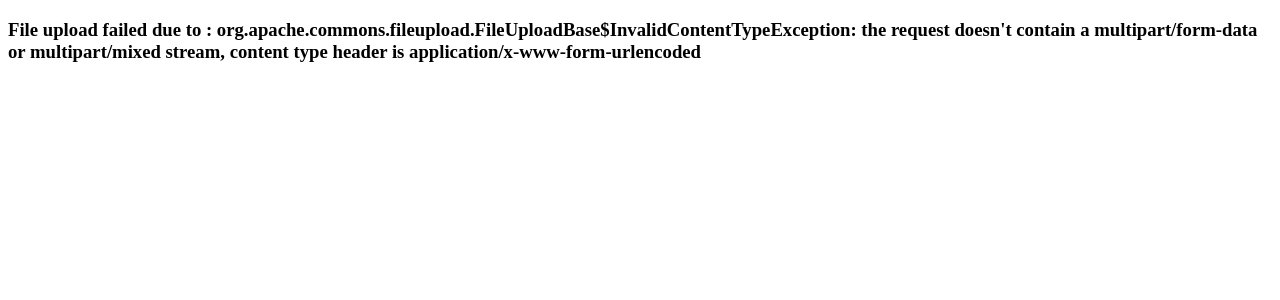
Repository: UnforgivenZZZ/bulldog
Page: http://localhost/bulldog/upload
An editor plug-in stored every save of this project. The page is shown before and after the next save, followed by the edit.
The browser window is 1280 px wide. The pictures show the whole page.
The page is served by Tomcat 9.

Above is the page before, as saved 2017-07-18 22:27:54.

After the next save:
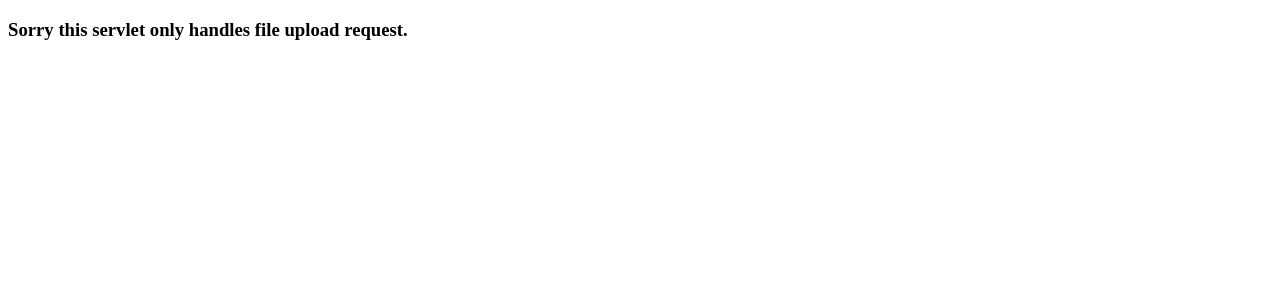
Saved 52 s later.
--- a/bulldog/src/com/admin/server/upload.java
+++ b/bulldog/src/com/admin/server/upload.java
@@ -53,42 +53,44 @@
 		// TODO Auto-generated method stub
 		// compare type
 
+		if(ServletFileUpload.isMultipartContent(request))
+		{
 			try
 			{
 				System.out.println(request.getParameter("user"));
-//				List<Part> fileParts = request.getParts().stream().filter(part -> "file".equals(part.getName())).collect(Collectors.toList()); // Retrieves <input type="file" name="file" multiple="true">
-//				File uploads = new File(UPLOAD_DIRECTORY);
-//			    for (Part filePart : fileParts) {
-//			        String fileName = Paths.get(filePart.getSubmittedFileName()).getFileName().toString(); // MSIE fix.
-//			        File file = new File(uploads, fileName);
+				List<Part> fileParts = request.getParts().stream().filter(part -> "file".equals(part.getName())).collect(Collectors.toList()); // Retrieves <input type="file" name="file" multiple="true">
+				File uploads = new File(UPLOAD_DIRECTORY);
+			    for (Part filePart : fileParts) {
+			        String fileName = Paths.get(filePart.getSubmittedFileName()).getFileName().toString(); // MSIE fix.
+			        File file = new File(uploads, fileName);
+
+			        InputStream fileContent = filePart.getInputStream();
+			        Files.copy(fileContent, file.toPath());
+			    }
+//				List<FileItem> multiparts = new ServletFileUpload(new DiskFileItemFactory()).parseRequest(request);
+//				System.out.println(request.getParameter("user"));
+//				for(FileItem item : multiparts)
+//				{
+//					if(!item.isFormField())
+//					{
+//						String name = new File(item.getName()).getName();
+//						item.write(new File(UPLOAD_DIRECTORY + File.separator + name));
+//						System.out.println(UPLOAD_DIRECTORY + File.separator + name);
 //
-//			        InputStream fileContent = filePart.getInputStream();
-//			        Files.copy(fileContent, file.toPath());
-//			    }
-				List<FileItem> multiparts = new ServletFileUpload(new DiskFileItemFactory()).parseRequest(request);
-				System.out.println(request.getParameter("user"));
-				for(FileItem item : multiparts)
-				{
-					if(!item.isFormField())
-					{
-						String name = new File(item.getName()).getName();
-						item.write(new File(UPLOAD_DIRECTORY + File.separator + name));
-						System.out.println(UPLOAD_DIRECTORY + File.separator + name);
-
-					}
-
-				}
+//					}
+//
+//				}
 				request.setAttribute("message", "File uploaded successfully.");
 			}
 			catch(Exception ex)
 			{
 				request.setAttribute("message", "File upload failed due to : " + ex);
 			}
-		//}
-//		else
-//		{
-//			request.setAttribute("message", "Sorry this servlet only handles file upload request.");
-//		}
+		}
+		else
+		{
+			request.setAttribute("message", "Sorry this servlet only handles file upload request.");
+		}
 		request.getRequestDispatcher("/result.jsp").forward(request, response);
 	}
 
